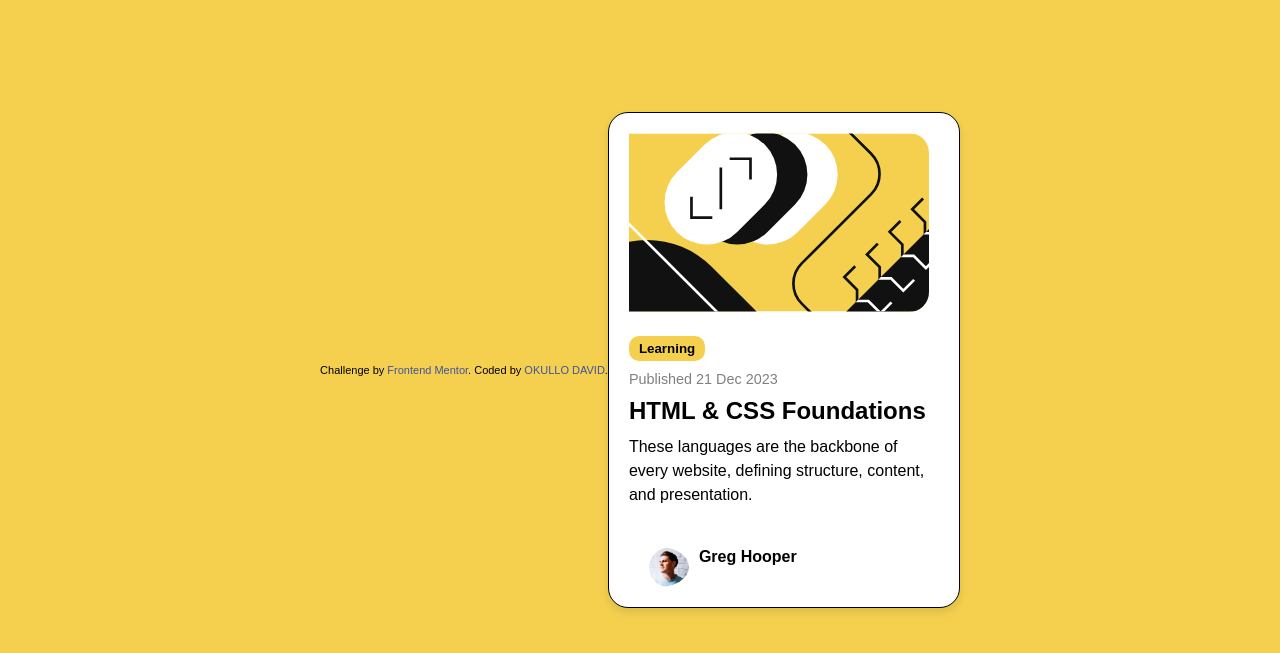
Repository: Dayvid0/FRONTEND_MENTOR_CHALLENGES
Page: index.html
The author's editor kept a copy of each file at every save. The page is drawn from the files as they stood at one save, then again after the next save.
The browser window is 1280 px wide. The pictures show the whole page.

Above is the page before, as saved 2025-03-13 15:11:45.

After the next save:
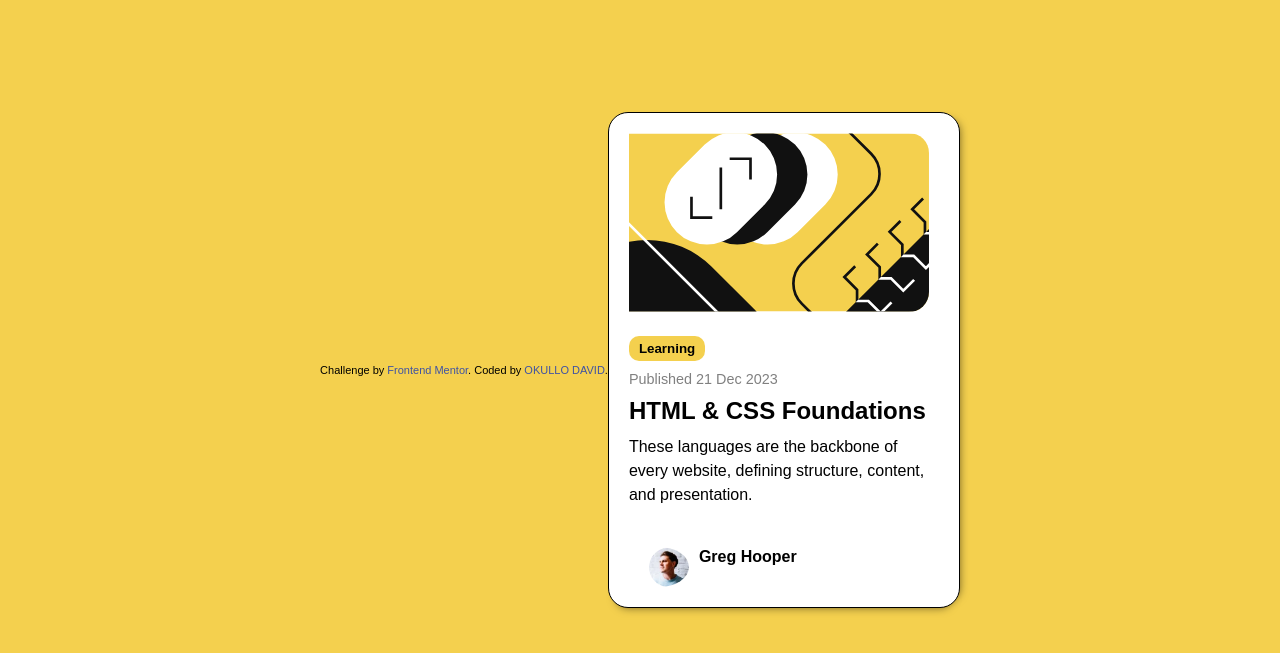
Saved 2 min 32 s later.
--- a/index.html
+++ b/index.html
@@ -22,7 +22,8 @@
       border-radius: 20px;
       overflow: hidden;
       border: black solid 1px;
-      box-shadow: 0 4px 8px rgba(12, 1, 1, 0.1);
+      box-shadow: 8px 0 8px -8px rgba(0, 0, 0, 0.5), /* Right shadow */
+      0 8px 8px -8px rgba(0, 0, 0, 0.5);
     }
     .card img {
       width: 300px;
